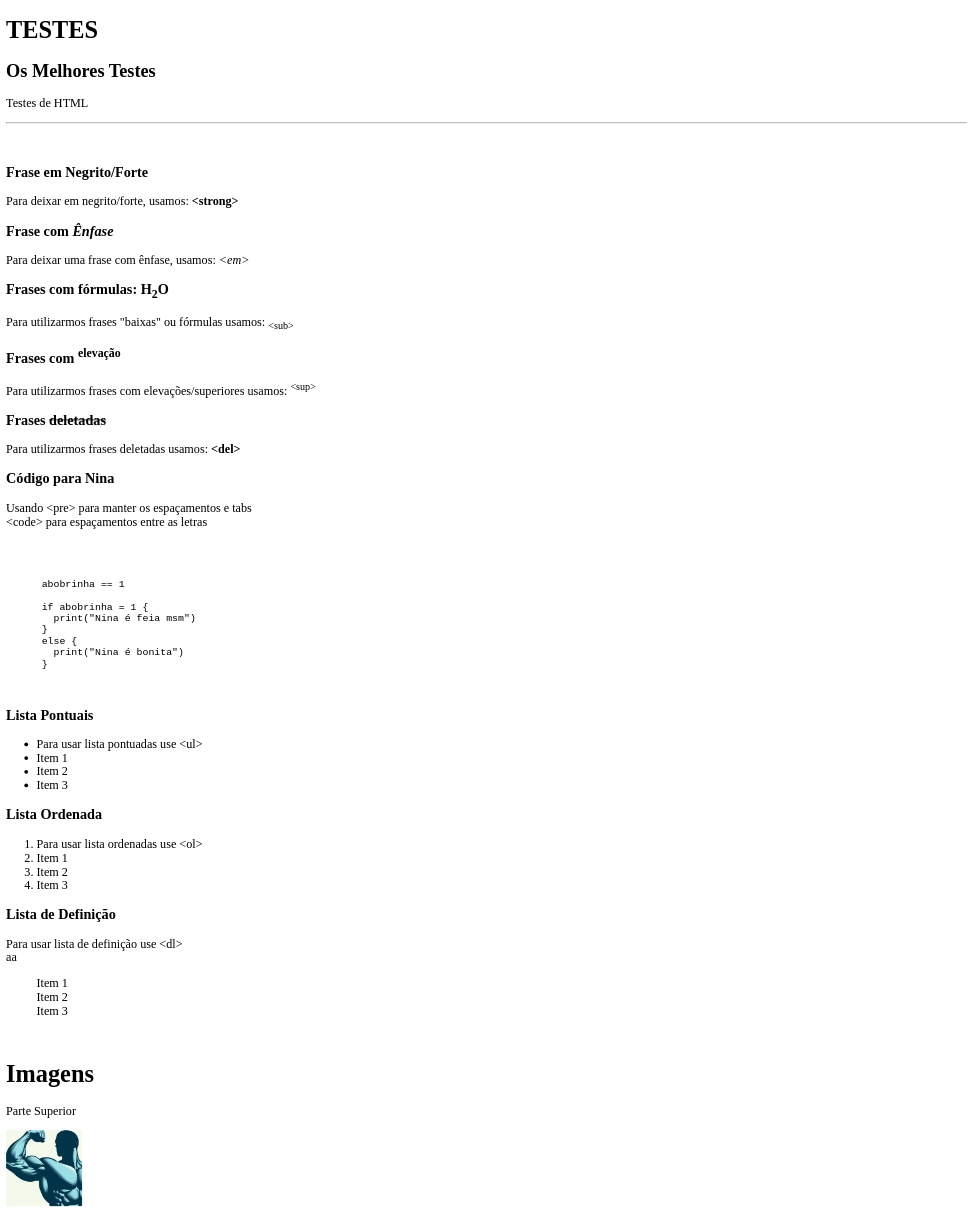
Repository: LuidyOn/Site_Forca_Total
Page: ForçaTotal/teste.html
An editor plug-in stored every save of this project. The page is shown before and after the next save, followed by the edit.
The browser window is 1280 px wide. The pictures show the whole page, at 76% of full size.

Above is the page before, as saved 2025-05-15 14:06:05.

After the next save:
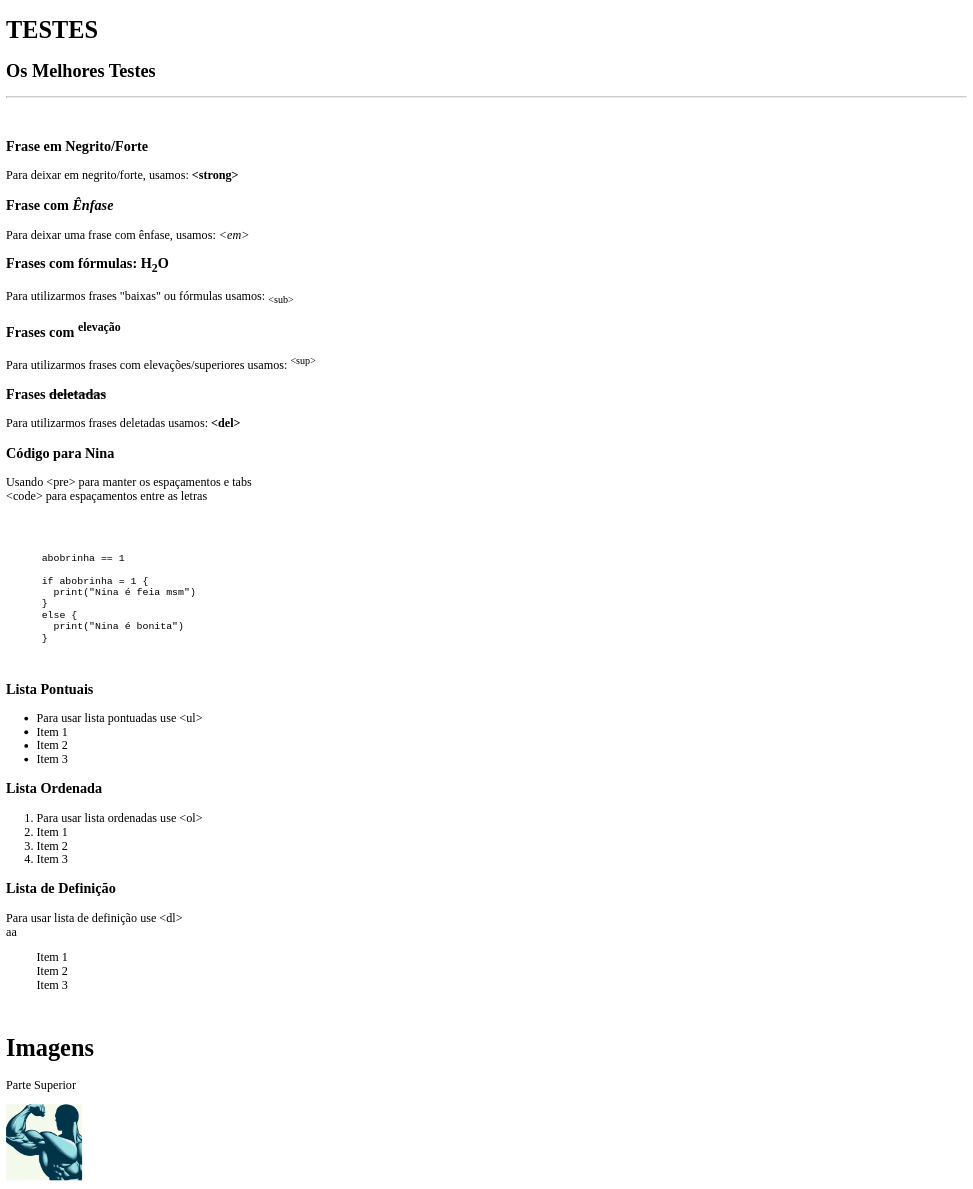
Saved 8 s later.
--- a/ForçaTotal/teste.html
+++ b/ForçaTotal/teste.html
@@ -10,7 +10,7 @@
   <h1>TESTES</h1>
   <h2>Os Melhores Testes</h2>
 
-  <p>Testes de HTML</p>
+
   <hr>
 
   <p><br></p>
